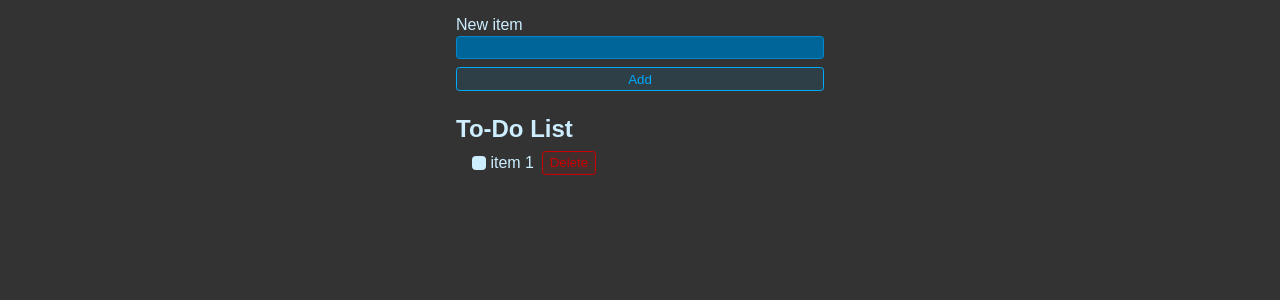
Repository: BellaMegasara/react_exercise_todolist
Page: / (app in react-to-do-list/)
The author's editor kept a copy of each file at every save. The page is drawn from the files as they stood at one save, then again after the next save.
The browser window is 1280 px wide. The pictures show the whole page.
The project was rebuilt for these pictures with package versions that can differ from the ones it lists, and the page was loaded fresh each time. Also part of the build but not shown: react-to-do-list/vite.config.js.

Above is the page before, as saved 2024-07-17 15:19:56.

### react-to-do-list/src/App.jsx
import "./styles.css"


export default function App() {
  return (
  <>
  <form className="new-item-form">
    <div className="form-row">
      <label>New item</label>
      <input type="text" id="item" />
    </div>
    <button className="btn">Add</button>
    </form>
    <h1 className="header">To-Do List</h1>
    <ul className="list">
      <li>
        <label>
          <input type="checkbox" />
          item 1
        </label>
        <button className="btn btn-danger">Delete</button>
      </li>

    </ul>
    </>
    )
}

Loaded but not shown: react-to-do-list/index.html (common file); react-to-do-list/src/main.jsx (common file); react-to-do-list/src/styles.css (common file)

After the next save:
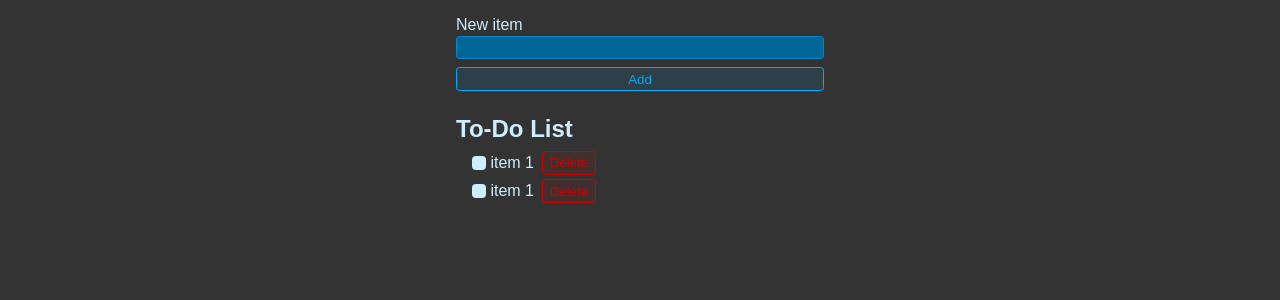
Saved 13 s later.
--- a/react-to-do-list/src/App.jsx
+++ b/react-to-do-list/src/App.jsx
@@ -20,7 +20,13 @@ export default function App() {
         </label>
         <button className="btn btn-danger">Delete</button>
       </li>
-
+      <li>
+        <label>
+          <input type="checkbox" />
+          item 1
+        </label>
+        <button className="btn btn-danger">Delete</button>
+      </li>
     </ul>
     </>
     )
